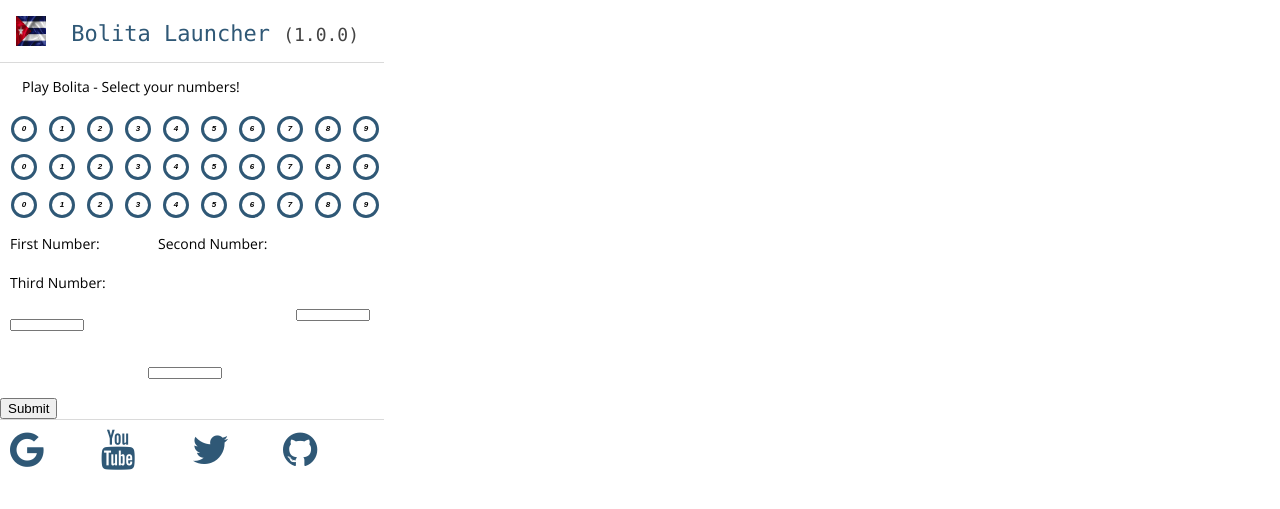
Repository: markymark617/BolitaChromeExtension
Page: popup.html
These files come from the project's save history. The page is drawn as it stood at one moment and after the next save; the edit follows.
The browser window is 1280 px wide. The pictures show the whole page.

Above is the page before, as saved 2020-09-06 14:29:17.

After the next save:
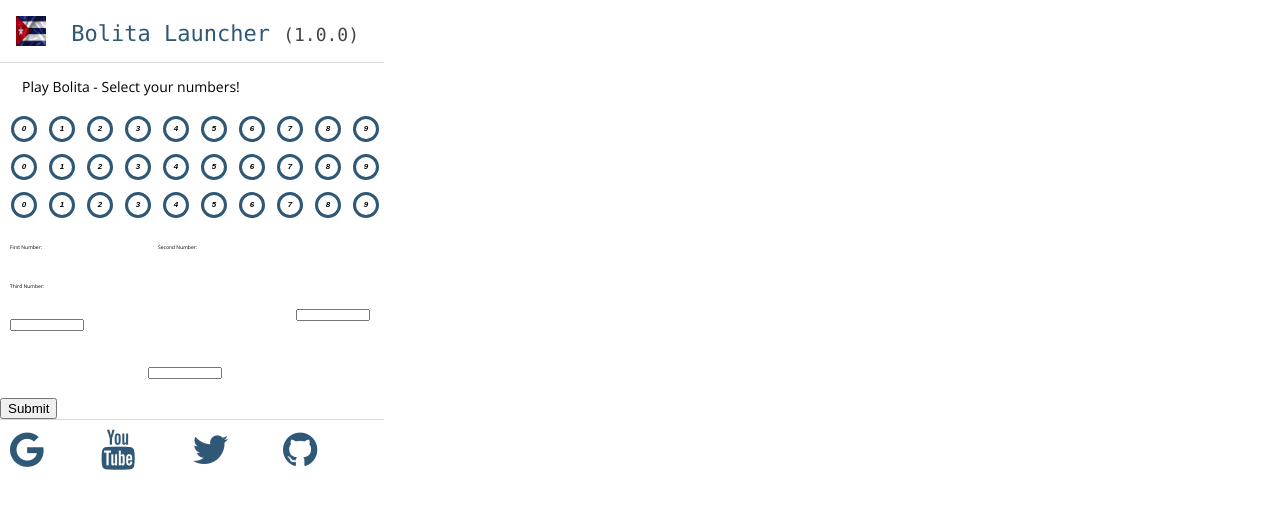
Saved 24 s later.
--- a/popup.css
+++ b/popup.css
@@ -124,3 +124,7 @@
       input[type="text"] {
         font-size:5px;
     }
+
+    label {
+        font-size:5px;
+    }
